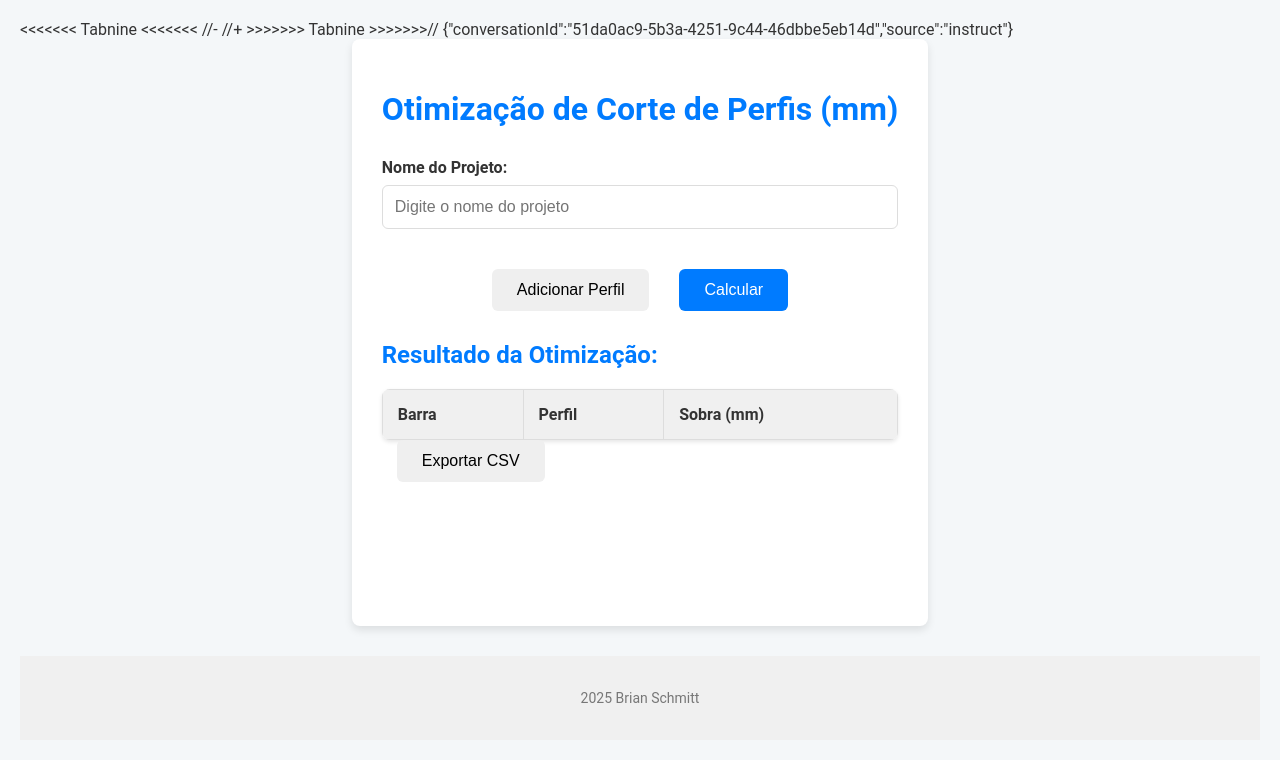
Repository: brianbebop/aqui
Page: index.html
An editor plug-in stored every save of this project. The page is shown before and after a run of saves, followed by the edit.
The browser window is 1280 px wide. The pictures show the whole page.

Above is the page before, as saved 2025-03-22 21:52:16.

### index.html
<!DOCTYPE html>
<<<<<<< Tabnine <<<<<<<
<html>//-
<html lang="pt">//+
>>>>>>> Tabnine >>>>>>>// {"conversationId":"51da0ac9-5b3a-4251-9c44-46dbbe5eb14d","source":"instruct"}
<head>
    <title>Otimização de Corte de Perfis (mm)</title>
    <meta charset="UTF-8">
    <meta name="viewport" content="width=device-width, initial-scale=1.0">
    <link rel="stylesheet" href="style.css">
</head>
<body>
    <div class="container">
        <h1 class="page-title">Otimização de Corte de Perfis (mm)</h1>
        <div class="project-info">
            <label for="nomeProjeto" class="form-label">Nome do Projeto:</label>
            <input type="text" id="nomeProjeto" class="form-input" placeholder="Digite o nome do projeto">
        </div>
        <div id="perfis" class="perfis-container">
            </div>
        <div class="button-container">
            <button id="adicionarPerfil" class="btn btn-add-perfil">Adicionar Perfil</button>
            <button id="calcular" class="btn btn-calculate">Calcular</button>
        </div>
        <div id="resultado" class="result-container">
            <h2 class="result-title">Resultado da Otimização:</h2>
            <table id="resumoBarras" class="result-table">
                <thead>
                    <tr>
                        <th class="table-header">Barra</th>
                        <th class="table-header">Perfil</th>
                        <th class="table-header">Sobra (mm)</th>
                    </tr>
                </thead>
                <tbody>
                    </tbody>
            </table>
            <button id="exportarCSV" class="btn btn-export">Exportar CSV</button>
        </div>
    </div>

    <footer class="footer">
        <p> 2025 Brian Schmitt</p>
    </footer>

    <script src="script.js"></script>
</body>
</html>

### style.css
:root {
    --primary-color: #007bff;
    --background-color: #f4f4f4;
    --text-color: #333;
    --border-color: #ddd;
}
/* Estilos gerais */
body {
    font-family: 'Roboto', sans-serif;
    margin: 0;
    padding: 20px;
    background-color: #f4f7f9;
    color: #333;
    display: flex;
    flex-direction: column;
    min-height: 100vh;
    margin: 0;
}

.container {
    max-width: 800px;
    margin: 0 auto;
    background-color: white;
    padding: 30px;
    border-radius: 8px;
    box-shadow: 0 4px 8px rgba(0, 0, 0, 0.1);
    flex-grow: 1;
}

.page-title {
    text-align: center;
    color: #007bff;
    margin-bottom: 30px;
}

.project-info {
    margin-bottom: 25px;
}

.form-label {
    display: block;
    margin-bottom: 8px;
    font-weight: 600;
}

.form-input {
    width: 100%;
    padding: 12px;
    border: 1px solid #ddd;
    border-radius: 6px;
    margin-bottom: 15px;
    box-sizing: border-box;
    font-size: 16px;
}

.perfis-container {
    margin-bottom: 25px;
}

.perfil {
    margin-bottom: 15px;
    display: flex;
    align-items: center;
    background-color: #f9f9f9;
    padding: 15px;
    border-radius: 6px;
}

.perfil label {
    margin-right: 15px;
    font-weight: 600;
}

.perfil input {
    flex-grow: 1;
    padding: 12px;
    border: 1px solid #ddd;
    border-radius: 6px;
    font-size: 16px;
}

.button-container {
    display: flex;
    justify-content: center;
    margin-bottom: 30px;
}

.btn {
    padding: 12px 25px;
    border: none;
    border-radius: 6px;
    cursor: pointer;
    margin: 0 15px;
    font-size: 16px;
    transition: background-color 0.3s ease;
}

.btn-calculate {
    background-color: #007bff;
    color: white;
}

.btn-calculate:hover {
    background-color: #0056b3;
}

.result-container {
    margin-top: 30px;
}

.result-title {
    font-size: 24px;
    margin-bottom: 20px;
    color: #007bff;
}

.result-table {
    width: 100%;
    border-collapse: collapse;
    border-radius: 8px;
    overflow: hidden;
    box-shadow: 0 2px 4px rgba(0, 0, 0, 0.1);
}

.table-header,
.result-table td {
    border: 1px solid #ddd;
    padding: 15px;
    text-align: left;
}

.table-header {
    background-color: #f0f0f0;
    font-weight: 600;
}

/* Estilos responsivos */
@media (max-width: 600px) {
    .perfil {
        flex-direction: column;
        align-items: stretch;
    }

    .perfil label {
        margin-right: 0;
        margin-bottom: 8px;
    }

    .button-container {
        flex-direction: column;
        align-items: center;
    }

    .btn {
        margin: 8px 0;
        width: 100%;
    }

    .table-header,
    .result-table td {
        font-size: 14px;
    }
}

.remover-perfil {
    background-color: #e91e63; /* Cor de fundo semelhante ao botão "Calcular" */
    color: white;
    border: none;
    padding: 8px 16px;
    border-radius: 4px;
    cursor: pointer;
    font-size: 14px;
    transition: background-color 0.3s ease;
}

.remover-perfil:hover {
    background-color: #c2185b; /* Cor de fundo mais escura no hover */
}
.footer {
    text-align: center;
    padding: 20px;
    background-color: #f0f0f0;
    margin-top: 30px;
    font-size: 14px;
    color: #777;

}
div:empty,
p:empty {
    display: none;
}

### script.js
const perfisDiv = document.getElementById('perfis');
const adicionarPerfilButton = document.getElementById('adicionarPerfil');
const calcularButton = document.getElementById('calcular');
const resultadoDiv = document.getElementById('resultado');
const resumoBarrasTabela = document.getElementById('resumoBarras').getElementsByTagName('tbody')[0];
const nomeProjetoInput = document.getElementById('nomeProjeto');
const exportarCSVButton = document.getElementById('exportarCSV');

let perfis = [];
let contadorPerfil = 0;

function calcularOtimizacao() {
    const tamanhoBarra = 6000;
    const perfisComTamanho = perfis
        .filter(perfil => perfil.input.value !== '') // Ignora perfis com valor vazio
        .map(perfil => ({
            id: perfil.id,
            tamanho: parseInt(perfil.input.value)
        }));

    // Função para encontrar a melhor combinação de perfis para uma barra
    function encontrarMelhorCombinacao(perfisRestantes, espacoLivre) {
        let melhorCombinacao = { perfis: [], sobra: espacoLivre };

        function combinar(combinacaoAtual, sobraAtual, indiceAtual) {
            if (sobraAtual < melhorCombinacao.sobra) {
                melhorCombinacao = { perfis: combinacaoAtual, sobra: sobraAtual };
            }

            if (indiceAtual < perfisRestantes.length) {
                const perfilAtual = perfisRestantes[indiceAtual];
                if (sobraAtual >= perfilAtual.tamanho) {
                    combinar(
                        [...combinacaoAtual, perfilAtual],
                        sobraAtual - perfilAtual.tamanho,
                        indiceAtual + 1
                    );
                }
                combinar(combinacaoAtual, sobraAtual, indiceAtual + 1);
            }
        }

        combinar([], espacoLivre, 0);
        return melhorCombinacao;
    }

    // Algoritmo de otimização

    const barras = [];
    let perfisRestantes = [...perfisComTamanho];
    while (perfisRestantes.length > 0) {
        const perfilAtual = perfisRestantes[0];
        if (perfilAtual.tamanho > tamanhoBarra) {
            // Divide o perfil em múltiplas barras
            const quantidadeBarras = Math.ceil(perfilAtual.tamanho / tamanhoBarra);
            for (let i = 0; i < quantidadeBarras; i++) {
                const tamanhoBarraAtual = Math.min(tamanhoBarra, perfilAtual.tamanho - i * tamanhoBarra);
                const barraAtual = { perfis: [{ ...perfilAtual, tamanho: tamanhoBarraAtual }], espacoLivre: tamanhoBarra - tamanhoBarraAtual };
                barras.push(barraAtual);

                // Tenta otimizar o espaço restante na barra atual
                if (barraAtual.espacoLivre > 0) {
                    const melhorCombinacao = encontrarMelhorCombinacao(perfisRestantes.filter(p => p !== perfilAtual), barraAtual.espacoLivre);
                    if (melhorCombinacao.perfis.length > 0) {
                        barraAtual.perfis = [...barraAtual.perfis, ...melhorCombinacao.perfis];
                        barraAtual.espacoLivre = melhorCombinacao.sobra;

                        // Remove os perfis utilizados da lista perfisRestantes
                        melhorCombinacao.perfis.forEach(perfilUsado => {
                            perfisRestantes = perfisRestantes.filter(perfil => perfil.id !== perfilUsado.id);
                        });
                    }
                }
            }
            perfisRestantes.shift(); // Remove o perfil dividido
        } else {
            // Encontra a melhor combinação para a barra
            const melhorCombinacao = encontrarMelhorCombinacao(perfisRestantes, tamanhoBarra);
            barras.push({ perfis: melhorCombinacao.perfis, espacoLivre: melhorCombinacao.sobra });
            perfisRestantes = perfisRestantes.filter(
                perfil => !melhorCombinacao.perfis.includes(perfil)
            );
        }
    }

    // Exibe o resultado na tabela
    resumoBarrasTabela.innerHTML = ''; // Limpa a tabela
    barras.forEach((barra, index) => {
        const novaLinha = resumoBarrasTabela.insertRow();
        const colunaBarra = novaLinha.insertCell(0);
        const colunaPerfis = novaLinha.insertCell(1);
        const colunaSobra = novaLinha.insertCell(2);

        colunaBarra.textContent = `Barra ${index + 1}`;
        colunaPerfis.textContent = barra.perfis.map(perfil => `${perfil.id} (${perfil.tamanho}mm)`).join(', ');
        colunaSobra.textContent = `${barra.espacoLivre} mm`;
    });

    // Exibe o nome do projeto
    const nomeProjeto = nomeProjetoInput.value;
    if (nomeProjeto) {
        document.querySelector('h1').textContent = `Otimização de Corte de Perfis (mm) - ${nomeProjeto}`;
    } else {
        document.querySelector('h1').textContent = `Otimização de Corte de Perfis (mm)`;
    }
}

adicionarPerfilButton.addEventListener('click', () => {
    const perfilId = String.fromCharCode(65 + contadorPerfil);
    const perfilDiv = document.createElement('div');
    perfilDiv.classList.add('perfil');
    perfilDiv.innerHTML = `
        <label for="perfil-${perfilId}">Perfil ${perfilId} (mm):</label>
        <input type="number" id="perfil-${perfilId}" placeholder="Tamanho (mm)">
        <button class="remover-perfil">Remover</button>
    `;
    perfisDiv.appendChild(perfilDiv);
    perfis.push({ id: perfilId, input: perfilDiv.querySelector('input') });
    contadorPerfil++;

    // Adiciona o evento de clique para o botão "Remover"
    const removerButton = perfilDiv.querySelector('.remover-perfil');
    removerButton.addEventListener('click', () => {
        perfis = perfis.filter(perfil => perfil.id !== perfilId);
        perfilDiv.remove();
        calcularOtimizacao(); // Recalcula automaticamente após remover o perfil
    });
});

calcularButton.addEventListener('click', () => {
    calcularOtimizacao();
});



exportarCSVButton.addEventListener('click', () => {
    const nomeProjeto = nomeProjetoInput.value || 'Otimizacao_Corte_Perfis';
    const nomeArquivo = `${nomeProjeto}.csv`;

    let csvContent = 'Barra,Perfis,Sobra (mm)\r\n'; // Cabeçalho CSV
    const linhasTabela = resumoBarrasTabela.rows;
    for (let i = 0; i < linhasTabela.length; i++) {
        const linha = linhasTabela[i];
        const colunas = linha.cells;
        const linhaCSV = `${colunas[0].textContent},"${colunas[1].textContent}",${colunas[2].textContent}\r\n`;
        csvContent += linhaCSV;
    }

    const blob = new Blob([csvContent], { type: 'text/csv;charset=utf-8;' });
    const link = document.createElement('a');
    if (navigator.msSaveBlob) { // IE 10+
        navigator.msSaveBlob(blob, nomeArquivo);
    } else {
        const url = URL.createObjectURL(blob);
        link.href = url;
        link.setAttribute('download', nomeArquivo);
        link.style.visibility = 'hidden';
        document.body.appendChild(link);
        link.click();
        document.body.removeChild(link);
    }
});

After the next 2 saves:
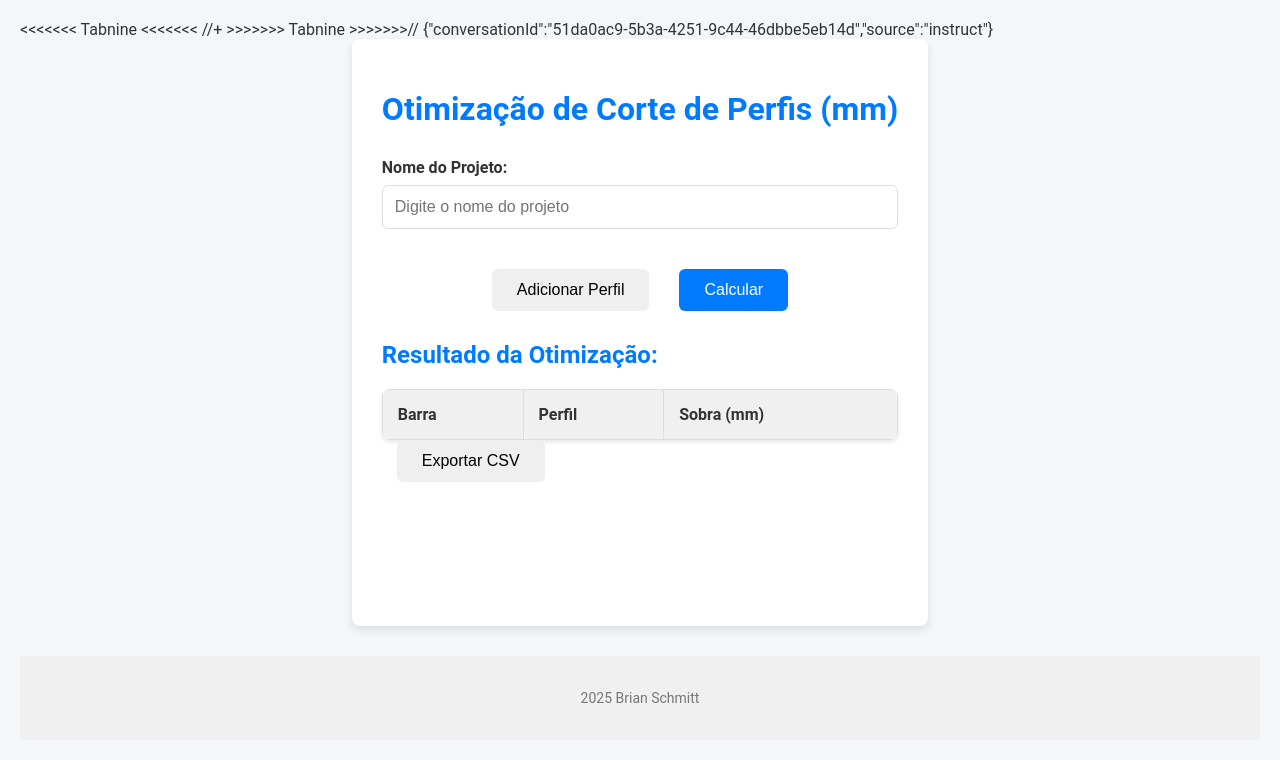
The 2 saves are shown as one change because they came seconds apart.
The last was saved 12 s later.
--- a/index.html
+++ b/index.html
@@ -1,6 +1,6 @@
 <!DOCTYPE html>
 <<<<<<< Tabnine <<<<<<<
-<html>//-
+
 <html lang="pt">//+
 >>>>>>> Tabnine >>>>>>>// {"conversationId":"51da0ac9-5b3a-4251-9c44-46dbbe5eb14d","source":"instruct"}
 <head>
